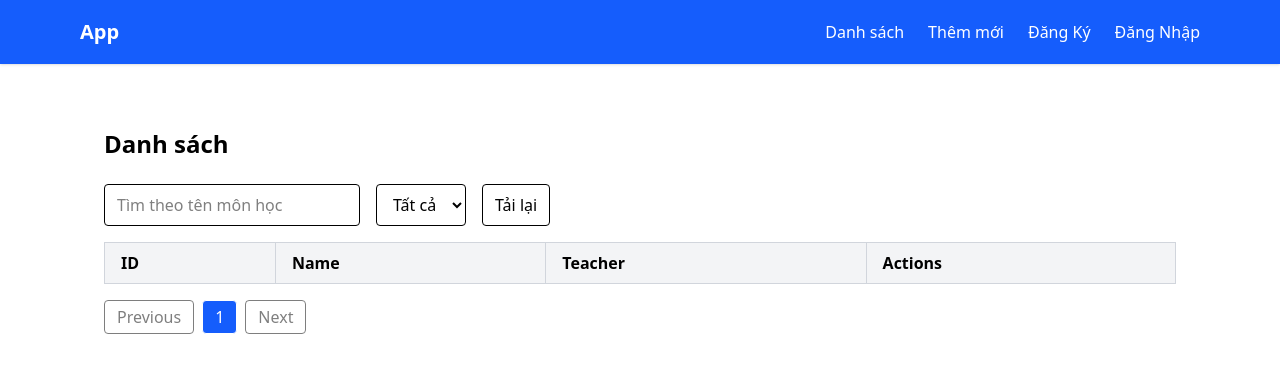
Repository: DODUCHUY195/Lap_Trinh_TypeScript
Page: /
The author's editor kept a copy of each file at every save. The page is drawn from the files as they stood at one save, then again after the next save.
The browser window is 1280 px wide. The pictures show the whole page.
The page's requests for data from a server got no answer. The project was rebuilt for these pictures with package versions that can differ from the ones it lists, and the page was loaded fresh each time. No one was signed in, and anything a server would have sent is missing. Also part of the build but not shown: vite.config.ts, src/pages/Add.tsx, src/pages/Edit.tsx, src/pages/AuthPage.tsx.

Above is the page before, as saved 2026-01-28 19:03:59.

After the next save:
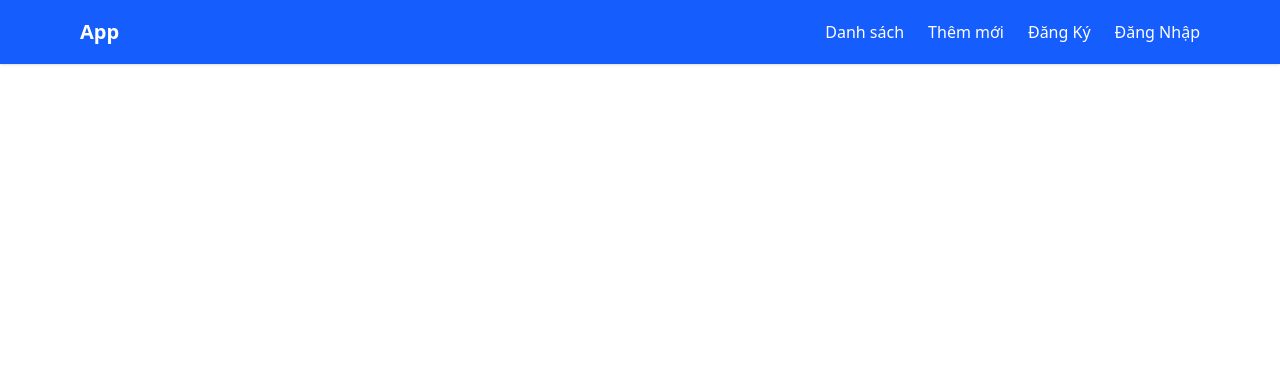
Saved 21 s later.
--- a/src/App.tsx
+++ b/src/App.tsx
@@ -39,9 +39,10 @@ function App() {
 
       <div className="max-w-6xl mx-auto mt-10 px-4">
         <Routes>
-          <Route path="/" element={<List />}/>
+
 
           <Route element={<></>}>
+          <Route path="/" element={<List />}/>
           <Route path="/add" element={<Add />} />
           <Route path="/edit/:id" element={<Edit />} />
           </Route>
